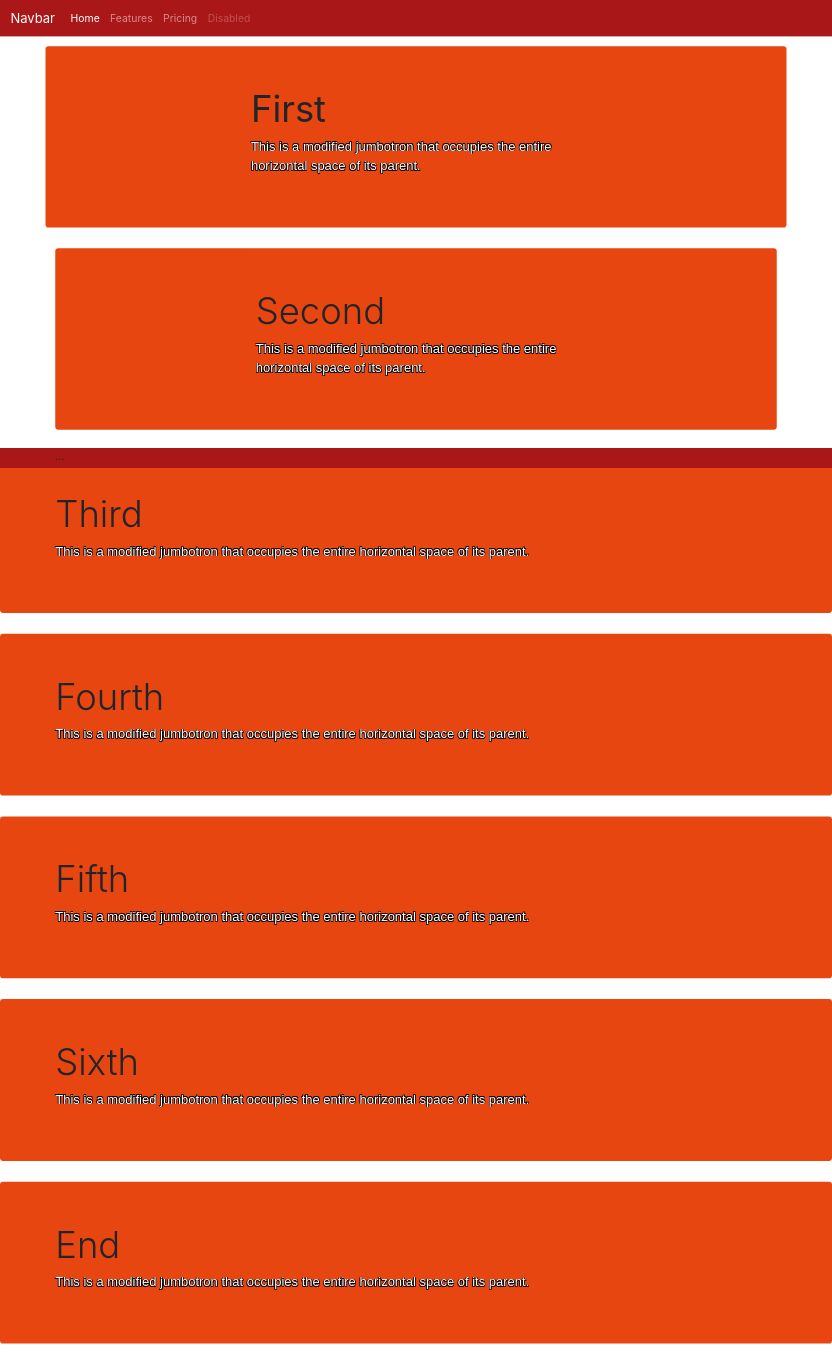
Repository: DalyAD/allez-2
Page: page1.html
The author's editor kept a record of every edit. The page is drawn from the files as they stood at one moment, then again after the next edit.
The browser window is 1280 px wide. The pictures show the whole page, at 65% of full size.

Above is the page before.

### page1.html
<!DOCTYPE html>
<html lang="en">

<head>
    <meta charset="UTF-8">
    <meta name="viewport" content="width=device-width, initial-scale=1.0">
    <meta http-equiv="X-UA-Compatible" content="ie=edge">
    <link rel="stylesheet" href="assets/css/style.css" type="text/css" />
    <link rel="stylesheet" href="https://stackpath.bootstrapcdn.com/font-awesome/4.7.0/css/font-awesome.min.css" type="text/css" />
    <link rel="stylesheet" href="https://stackpath.bootstrapcdn.com/bootstrap/4.4.1/css/bootstrap.min.css" type="text/css" />
    <title>Document</title>
</head>

<body>
    <header>
        <nav class="navbar navbar-expand-lg navbar-dark">
            <a class="navbar-brand" href="index.html">Navbar</a>
            <button class="navbar-toggler" type="button" data-toggle="collapse" data-target="#navbarNavAltMarkup" aria-controls="navbarNavAltMarkup" aria-expanded="false" aria-label="Toggle navigation">
                <span class="navbar-toggler-icon"></span>
            </button>
            <div class="collapse navbar-collapse" id="navbarNavAltMarkup">
                <div class="navbar-nav">
                    <a class="nav-item nav-link active" href="#">Home <span class="sr-only">(current)</span></a>
                    <a class="nav-item nav-link" href="#">Features</a>
                    <a class="nav-item nav-link" href="#">Pricing</a>
                    <a class="nav-item nav-link disabled" href="#">Disabled</a>
                </div>
            </div>
        </nav>
    </header>
    <section>
        <div class="container">
            <div class="jumbotron first row">
                <div class="container col-sm-12 col-lg-6">
                    <h1 class="display-4"><strong>First</strong></h1>
                    <p class="lead">This is a modified jumbotron that occupies the entire horizontal space of its parent.</p>
                </div>
            </div>
            <div class="jumbotron second">
                <div class="container col-sm-12 col-lg-6">
                    <h1 class="display-4">Second</h1>
                    <p class="lead">This is a modified jumbotron that occupies the entire horizontal space of its parent.</p>
                </div>
            </div>
        </div>
        </div>
        <div class="jumbotron third">
            <div class="container">
                <h1 class="display-4">Third</h1>
                <p class="lead">This is a modified jumbotron that occupies the entire horizontal space of its parent.</p>
            </div>
        </div>
        <div class="jumbotron fourth">
            <div class="container">
                <h1 class="display-4">Fourth</h1>
                <p class="lead">This is a modified jumbotron that occupies the entire horizontal space of its parent.</p>
            </div>
        </div>
        <div class="jumbotron fifth">
            <div class="container">
                <h1 class="display-4">Fifth</h1>
                <p class="lead">This is a modified jumbotron that occupies the entire horizontal space of its parent.</p>
            </div>
        </div>
        <div class="jumbotron sixth">
            <div class="container">
                <h1 class="display-4">Sixth</h1>
                <p class="lead">This is a modified jumbotron that occupies the entire horizontal space of its parent.</p>
            </div>
        </div>
        <div class="jumbotron end">
            <div class="container">
                <h1 class="display-4">End</h1>
                <p class="lead">This is a modified jumbotron that occupies the entire horizontal space of its parent.</p>
            </div>
        </div>
    </section>
    <footer class="footer ">
        <div class="container">
            ...
        </div>
    </footer>
    <script src="https://code.jquery.com/jquery-3.4.1.slim.min.js" integrity="sha384-J6qa4849blE2+poT4WnyKhv5vZF5SrPo0iEjwBvKU7imGFAV0wwj1yYfoRSJoZ+n" crossorigin="anonymous"></script>
    <script src="https://cdn.jsdelivr.net/npm/popper.js@1.16.0/dist/umd/popper.min.js" integrity="sha384-Q6E9RHvbIyZFJoft+2mJbHaEWldlvI9IOYy5n3zV9zzTtmI3UksdQRVvoxMfooAo" crossorigin="anonymous"></script>
    <script src="https://stackpath.bootstrapcdn.com/bootstrap/4.4.1/js/bootstrap.min.js" integrity="sha384-wfSDF2E50Y2D1uUdj0O3uMBJnjuUD4Ih7YwaYd1iqfktj0Uod8GCExl3Og8ifwB6" crossorigin="anonymous"></script>
</body>

</html>

### assets/css/style.css
/*Global*/

.footer {
  position: fixed;
  bottom: 0;
  width: 100%;
  height: 30px;
  background-color: #aa1718;
}

/*page 1 styling*/

.welcome {
  background-color: #e84610 !important;
}

.jumbotron {
  background-color: #e84610 !important;
}

.lead {
  font-family: Arial;
  color: #fff;
  font-size: 20px !important;
  text-shadow: -1px -1px 0 #000,
  1px -1px 0 #000,
  -1px 1px 0 #000,
  1px 1px 0 #000;
}

.jumbotron {
  margin-top: 15px;
}

.navbar {
  background-color: #aa1718;
}

.bg-custom {
  color: #fff !important;
}

.navbar-light a {
  color: #fff !important;
}

@media (max-width:992px) {
  .first {
    background-attachment: scroll;
    background-image: url(../images/1977.jpeg);
    background-position: bottom;
    background-size: cover;
    height: 50vh;
    width: 100vw;
    margin-bottom: 0px;
    z-index: 1;
  }




body {
  background-attachment: fixed;
  background-image: url(../images/crest2.jpg);
  background-position: center;
  background-repeat: no-repeat;
  background-size: cover;
  height: 100vh;
  width: 100vw;
  margin-bottom: 0px;
  z-index: 1;
}

.display-4 {
  color: #dd2a28;
  text-shadow: -1px -1px 0 #000,
  1px -1px 0 #000,
  -1px 1px 0 #000,
  1px 1px 0 #000;
}

@media (min-width:992px) {
  .first {
    margin: 10px;
  }
}

@media (min-width:992px) {
  .second {
    margin: 10px;
  }
}

body {
  padding: 0;
  margin: 0;
}

After the next edit:
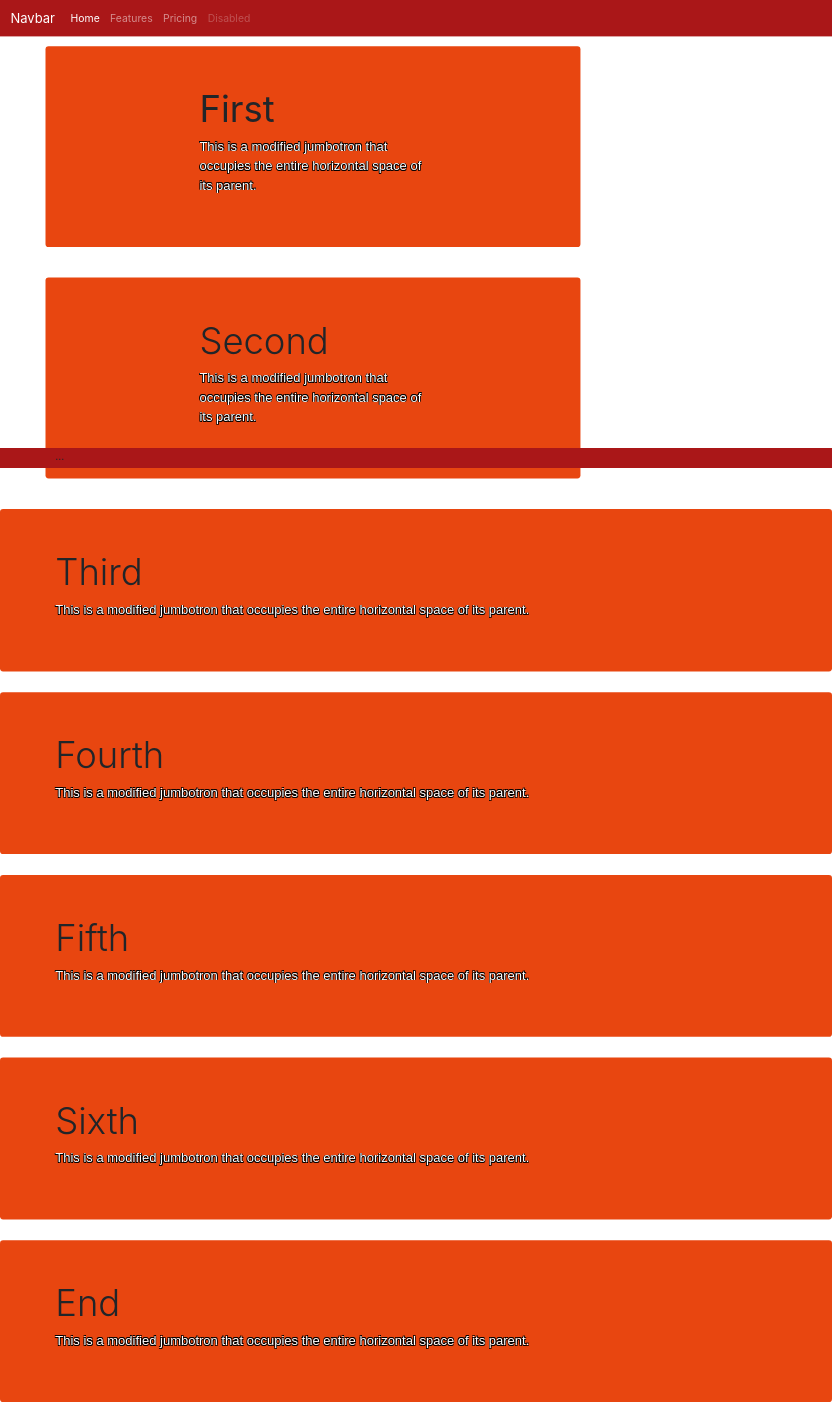
The edit:
--- a/page1.html
+++ b/page1.html
@@ -30,7 +30,8 @@
     </header>
     <section>
         <div class="container">
-            <div class="jumbotron first row">
+            <div class="row">
+            <div class="jumbotron first">
                 <div class="container col-sm-12 col-lg-6">
                     <h1 class="display-4"><strong>First</strong></h1>
                     <p class="lead">This is a modified jumbotron that occupies the entire horizontal space of its parent.</p>
